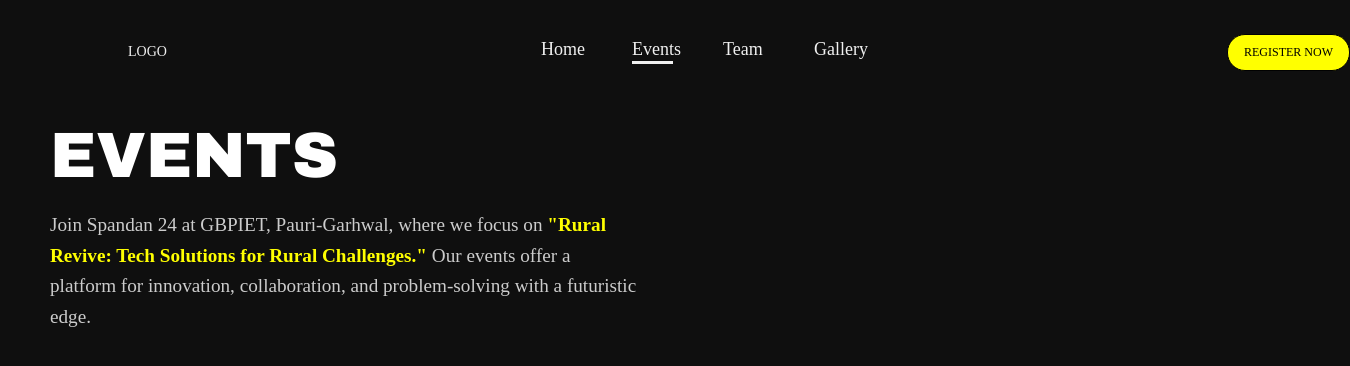
Repository: s4bbi/spandan-3.0
Page: /Events
These files come from the project's save history. The page is drawn as it stood at one moment and after a run of saves; the edit follows.
The browser window is 1280 px wide. The page is 1350 px wide, so the pictures cover 1350 px, including what lies to the right of the window. The pictures show the whole page.
The project was rebuilt for these pictures with package versions that can differ from the ones it lists, and the page was loaded fresh each time. Also part of the build but not shown: vite.config.js, src/pages/Home/Home.jsx.

Above is the page before, as saved 2024-11-02 02:12:41.

After the next 2 saves:
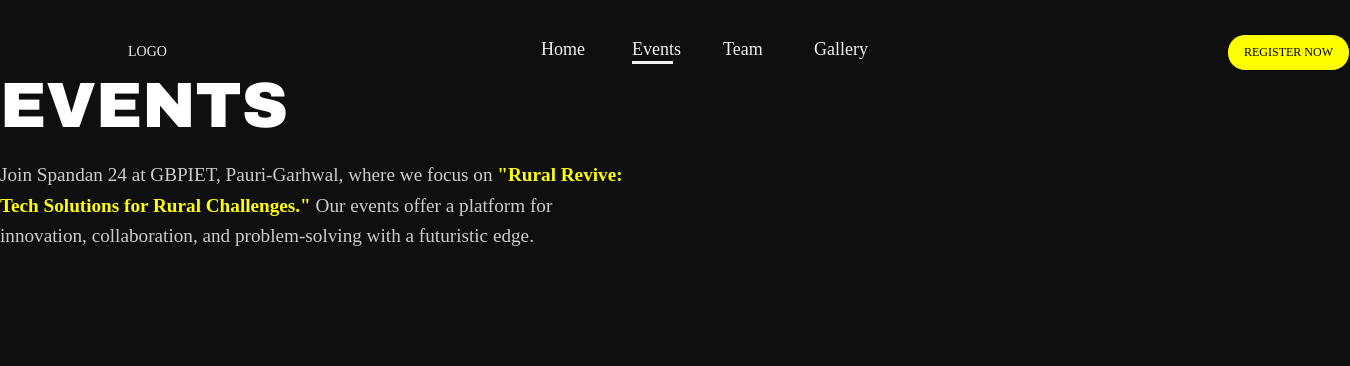
The 2 saves are shown as one change because they came seconds apart.
The last was saved 9 s later.
--- a/src/components/HeroSection/HeroSection.jsx
+++ b/src/components/HeroSection/HeroSection.jsx
@@ -8,7 +8,7 @@
 const HeroSection = () => {
   return (
     <div className='heros'>
-      <section className="hero">
+      {/* <section className="hero"> */}
       <div className="hero-text">
         <h1 className="hero-title">EVENTS</h1>
         <p className="hero-description">
@@ -16,7 +16,7 @@
         </p>
       </div>
       {/* <img src={roboticHandImage} alt="Robotic Hand" className="hero-image" /> */}
-    </section>
+    {/* </section> */}
     </div>
   )
 }
